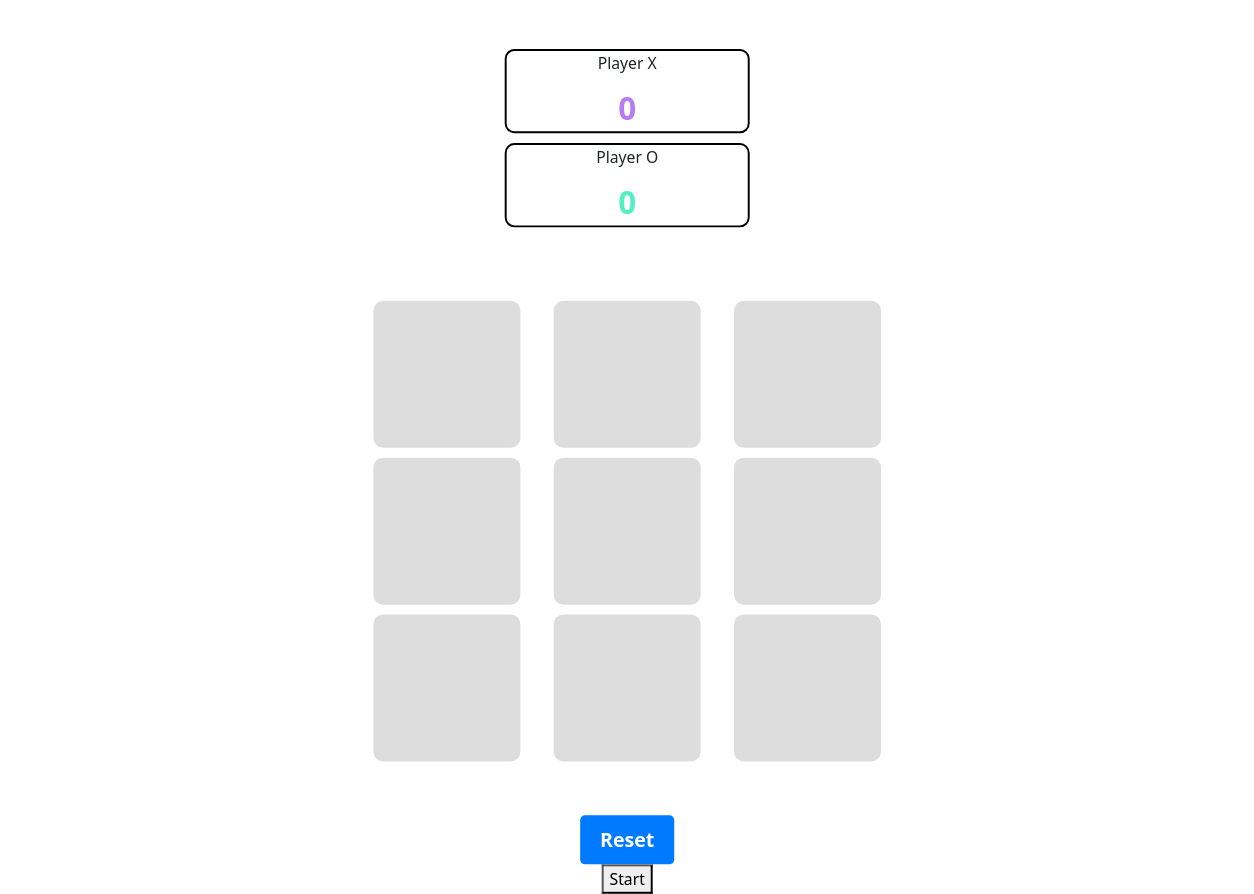
Repository: woodsdeshe/Tic-Tac-Toe
Page: index.html
An editor plug-in stored every save of this project. The page is shown before and after a run of saves, followed by the edit.
The browser window is 1280 px wide. The pictures show the whole page, at 98% of full size.

Above is the page before, as saved 2023-03-31 21:10:15.

After the next 2 saves:
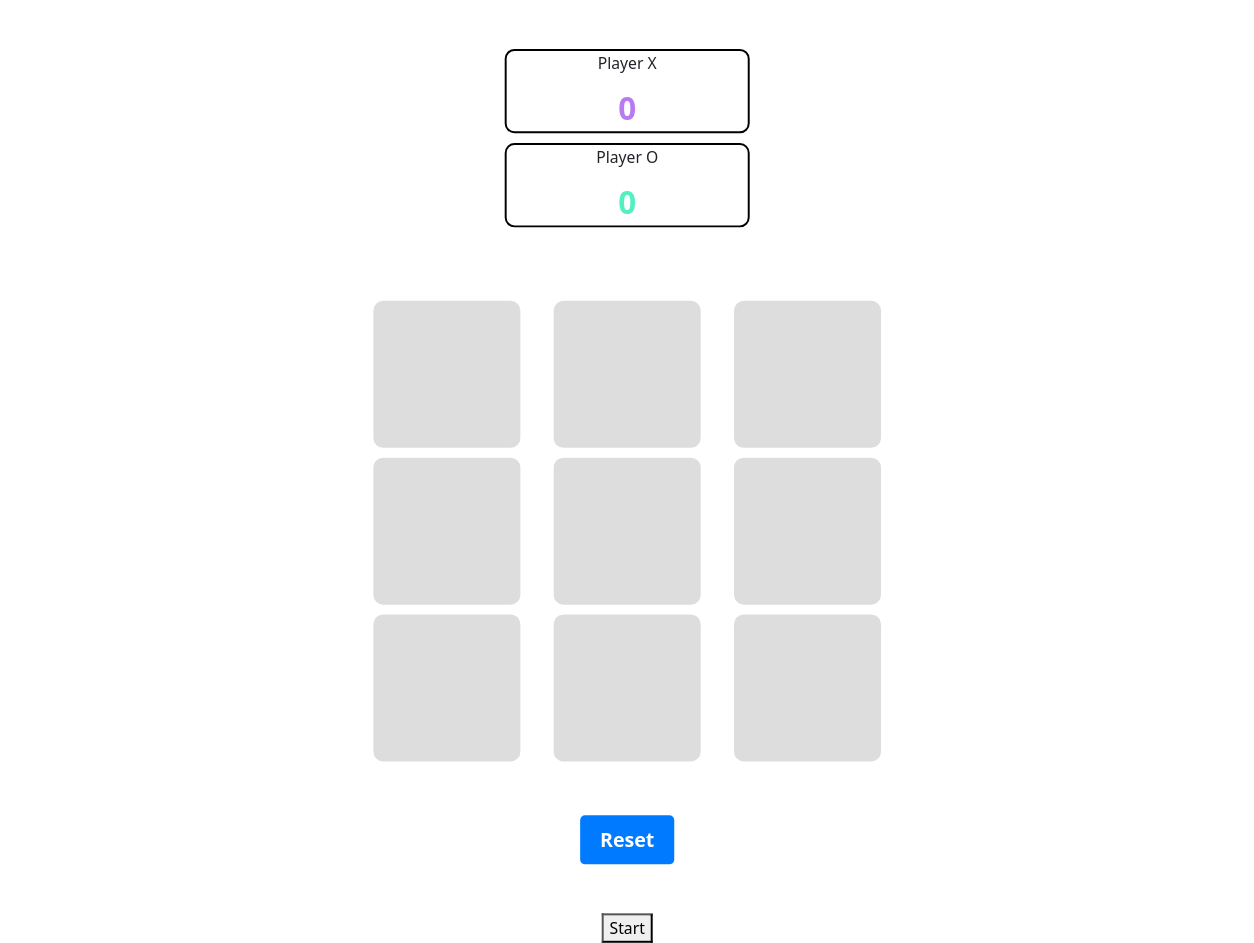
The 2 saves are shown as one change because they came seconds apart.
The last was saved 12 s later.
--- a/styles.css
+++ b/styles.css
@@ -82,6 +82,7 @@
 
 .start {
     text-align: center;
+    margin-top: 50px;
 }
 
 .x-symbol {
